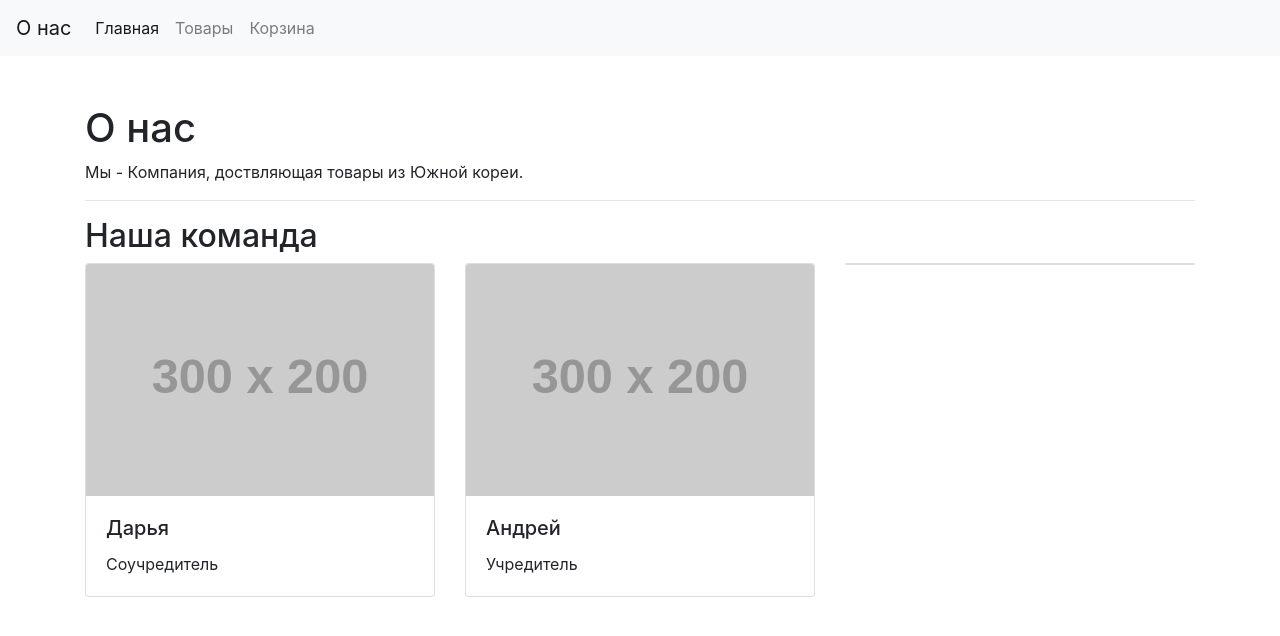
Repository: smartsoltech/kexp-shop
Page: main/catalog/templates/catalog/about_base.html
An editor plug-in stored every save of this project. The page is shown before and after the next save, followed by the edit.
The browser window is 1280 px wide. The pictures show the whole page.
The template is drawn by Django 4.2. The application's start-up code is not run. Other server files are loaded and not shown. The template is opened directly, without the code that normally fills it, so the values that code supplies are empty.

Above is the page before, as saved 2023-03-14 15:50:48.

### main/catalog/templates/catalog/about_base.html
<!DOCTYPE html>
<html lang="en">
<head>
    <meta charset="UTF-8">
    <meta name="viewport" content="width=device-width, initial-scale=1.0">
    <!-- Подключаем Bootstrap CSS -->
    <link rel="stylesheet" href="https://maxcdn.bootstrapcdn.com/bootstrap/4.0.0/css/bootstrap.min.css">
    <title>{% block title %}{% endblock %}</title>
</head>
<body>
    <!-- Навигационное меню -->
    <nav class="navbar navbar-expand-lg navbar-light bg-light">
        <a class="navbar-brand" href="#">О нас</a>
        <button class="navbar-toggler" type="button" data-toggle="collapse" data-target="#navbarNav" aria-controls="navbarNav" aria-expanded="false" aria-label="Toggle navigation">
            <span class="navbar-toggler-icon"></span>
        </button>
        <div class="collapse navbar-collapse" id="navbarNav">
            <ul class="navbar-nav">
                <li class="nav-item active">
                    <a class="nav-link" href="{% url 'home' %}">Главная</a>
                </li>
                <li class="nav-item">
                    <a class="nav-link" href="{% url 'home' %}">Товары</a>
                </li>
                <li class="nav-item">
                    <a class="nav-link" href="{% url 'home' %}">Корзина</a>
                </li>
            </ul>
        </div>
    </nav>

    <!-- Контент страницы -->
    <div class="container my-5">
        <h1>О нас</h1>
        <p>Мы - Компания, доствляющая товары из Южной кореи.</p>
        <hr>
        <h2>Наша команда</h2>
        <div class="row">
            <!-- Карточка сотрудника 1 -->
            <div class="col-md-4">
                <div class="card mb-4 shadow-sm">
                    <img src="https://via.placeholder.com/300x200" class="card-img-top" alt="Сотрудник 1">
                    <div class="card-body">
                        <h5 class="card-title">Дарья</h5>
                        <p class="card-text">Соучредитель</p>
                    </div>
                </div>
            </div>
            <!-- Карточка сотрудника 2 -->
            <div class="col-md-4">
                <div class="card mb-4 shadow-sm">
                    <img src="https://via.placeholder.com/300x200" class="card-img-top" alt="Сотрудник 2">
                    <div class="card-body">
                        <h5 class="card-title">Андрей</h5>
                        <p class="card-text">Учредитель</p>
                    </div>
                </div>
            </div>
            <!-- Карточка сотрудника 3 -->
            <div class="col-md-4">
                <div class="card mb-4 shadow-sm">
                    <img src="https://via.placeholder.com/300x200" class="card-img-top" alt="С

After the next save:
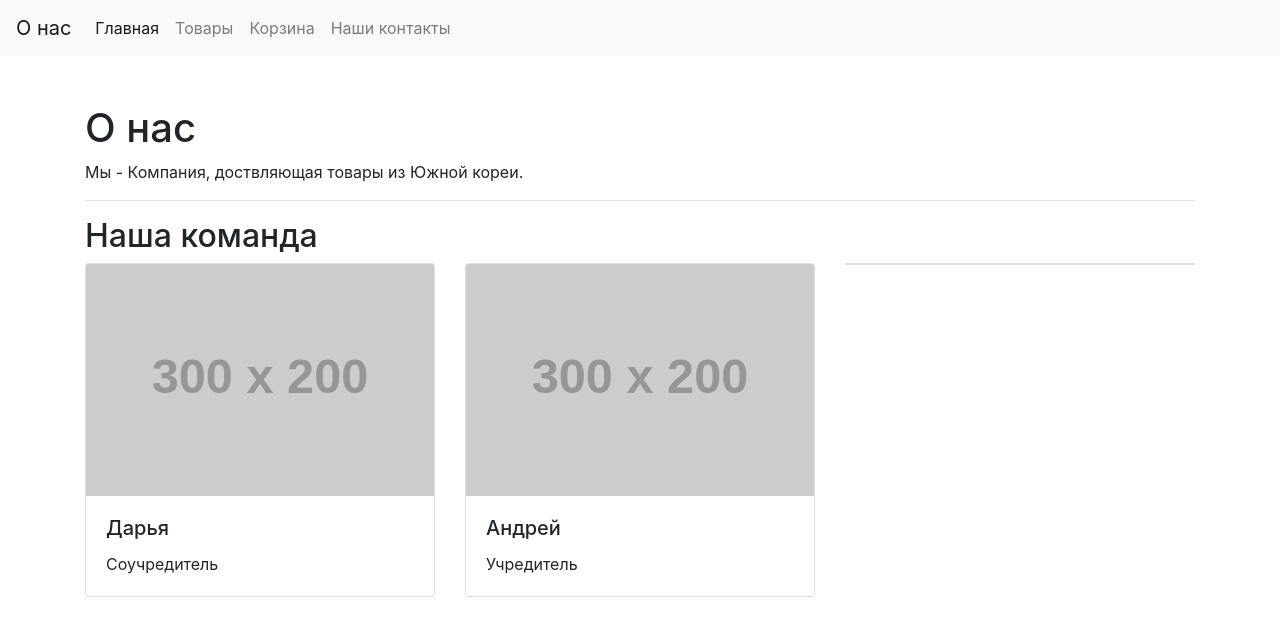
Saved 4 s later.
--- a/main/catalog/templates/catalog/about_base.html
+++ b/main/catalog/templates/catalog/about_base.html
@@ -24,6 +24,9 @@
                 </li>
                 <li class="nav-item">
                     <a class="nav-link" href="{% url 'home' %}">Корзина</a>
+                </li>
+                <li class="nav-item">
+                    <a class="nav-link" href="{% url 'contacts' %}">Наши контакты</a>
                 </li>
             </ul>
         </div>
